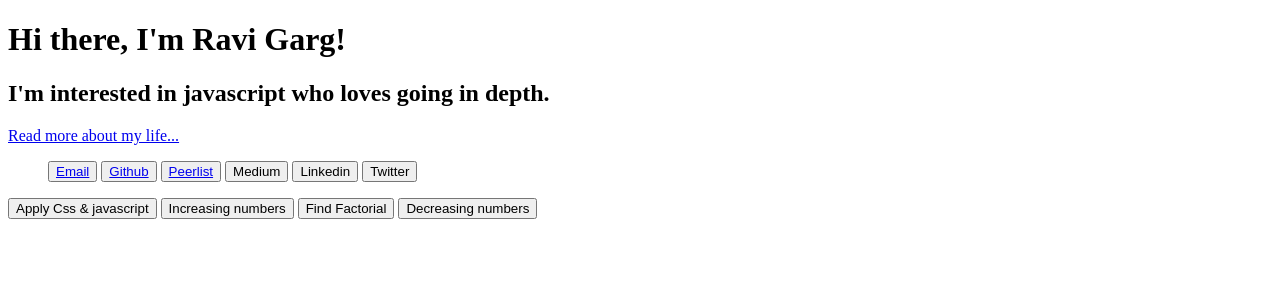
Repository: ravigarg001/musafir
Page: index.html
An editor plug-in stored every save of this project. The page is shown before and after a run of saves, followed by the edit.
The browser window is 1280 px wide. The pictures show the whole page.

Above is the page before, as saved 2022-05-02 09:17:42.

### index.html
<!DOCTYPE html>
<html>
<head>
<title>Ravi Garg</title>
<!-- <link href="index.css" rel="stylesheet" type="text/css"></link> -->
<script src="index.js"></script>
</head>

<body>
<div class="about" >
    <h1>Hi there, I'm Ravi Garg!</h1>
    <h2>I'm interested in javascript who loves going in depth.</h2>
    <p> <a id="more" href="/about">Read more about my life...</a></p>
</div>

<footer>
<ul>
  <button><a href="mailto:ravigarg.connect@gmail.com">Email</a></button>
  <button><a href="https://github.com/ravigarg001" target="_blank">Github</a></button>
  <button><a href="https://peerlist.io/ravigarg" target="_blank">Peerlist</a></button>
  <button><a>Medium</a></button>
  <button><a>Linkedin</a></button>
  <button><a>Twitter</a></button><br>
</ul>
</footer><ul></ul>
  <button class="cssAdder" onclick="addCssAndJs()">Apply Css & javascript</button>
  <button onclick="inputNumber1()">Increasing numbers </button>
  <button onclick="inputNumber()">Find Factorial</button>
  <button onclick="inputNumber2()">Decreasing numbers</button>
</ul>
</footer>

</body>
<!-- <script src="Recursion/recursiveFactorial.js"></script> -->
<!-- <script src="Recursion/increasing_order.js"></script> -->

</html>

### index.js
function addCssAndJs(){
    let link = document.createElement('link');
    link.rel = 'stylesheet';
    link.type = 'text/css';
    link.href = 'index.css';
    document.head.appendChild(link);

    function addNewJsFile(fileLocation){
        let script = document.createElement('script');
        document.head.appendChild(script);
        script.src = fileLocation;
    }

    addNewJsFile('Recursion/decreasing_order.js');
    addNewJsFile('Recursion/increasing_order.js');
    addNewJsFile('Recursion/recursiveFactorial.js');

}
/*1. call addNewJsFile(put location of the js file here) */

After the next 3 saves:
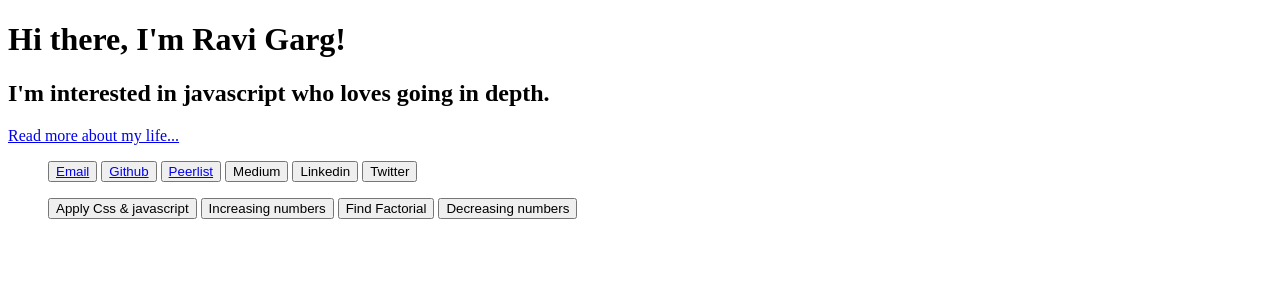
The 3 saves are shown as one change because they came seconds apart.
The last was saved 13 s later.
--- a/index.html
+++ b/index.html
@@ -22,7 +22,8 @@
   <button><a>Linkedin</a></button>
   <button><a>Twitter</a></button><br>
 </ul>
-</footer><ul></ul>
+</footer>
+<ul>
   <button class="cssAdder" onclick="addCssAndJs()">Apply Css & javascript</button>
   <button onclick="inputNumber1()">Increasing numbers </button>
   <button onclick="inputNumber()">Find Factorial</button>
